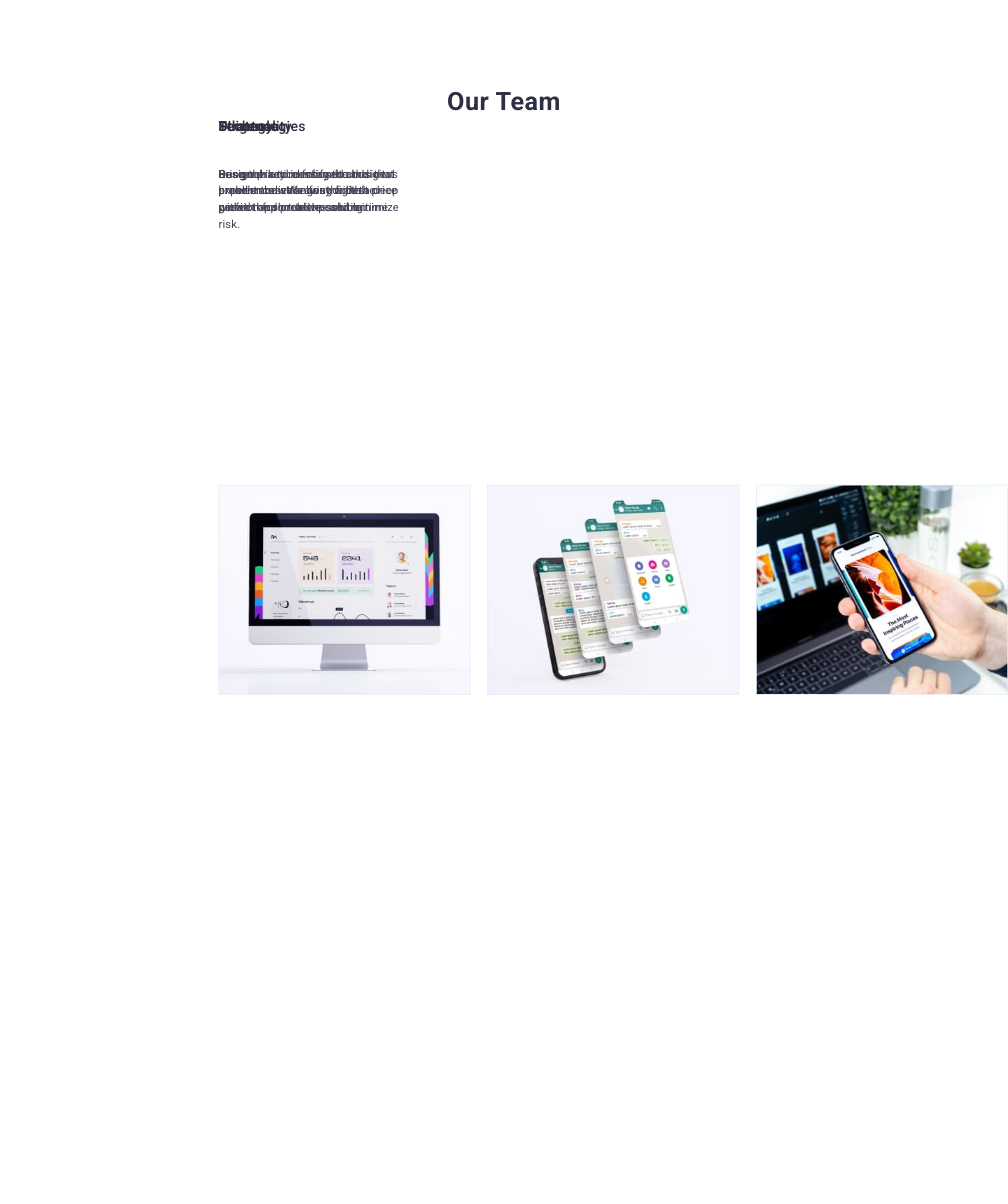
Repository: GrishchenkoNataliya/goit-markup-hw-02
Page: index.html
These files come from the project's save history. The page is drawn as it stood at one moment and after the next save; the edit follows.
The browser window is 1280 px wide. The page is 1440 px wide, so the pictures cover 1440 px, including what lies to the right of the window. The pictures show the part of the page from y = 1451 to 3171 px (the page is 3740 px tall), at 70% of full size.

Above is the page before, as saved 2023-03-06 20:17:40.

After the next save:
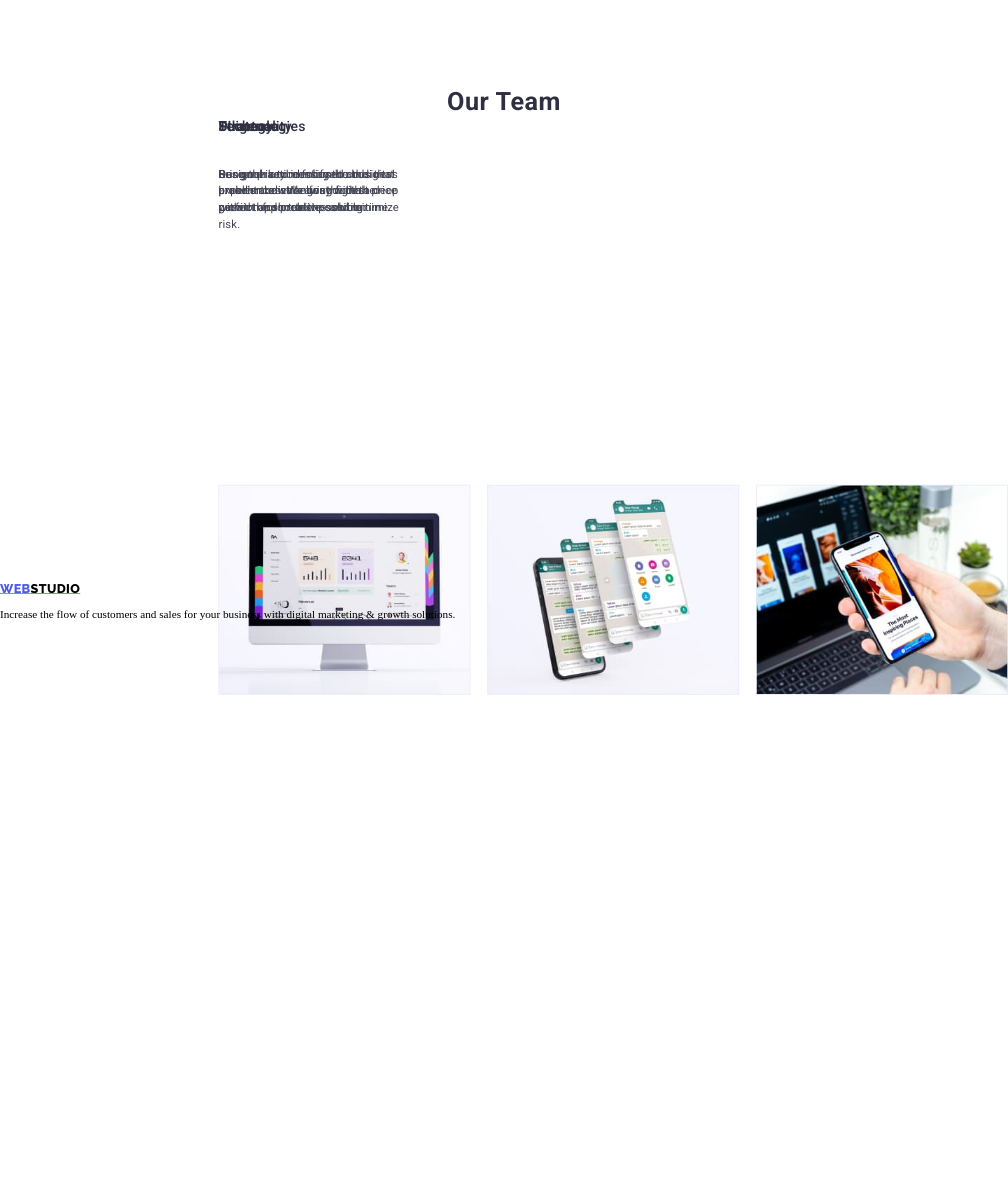
Saved 2 min 25 s later.
--- a/css/styles.css
+++ b/css/styles.css
@@ -283,6 +283,11 @@ body {
   color: #434455;
 }
 .footer {
+  position: absolute;
+  width: 1440px;
+  height: 312px;
+  left: 0px;
+  top: 2280px;
 }
 .footer-text {
 }
